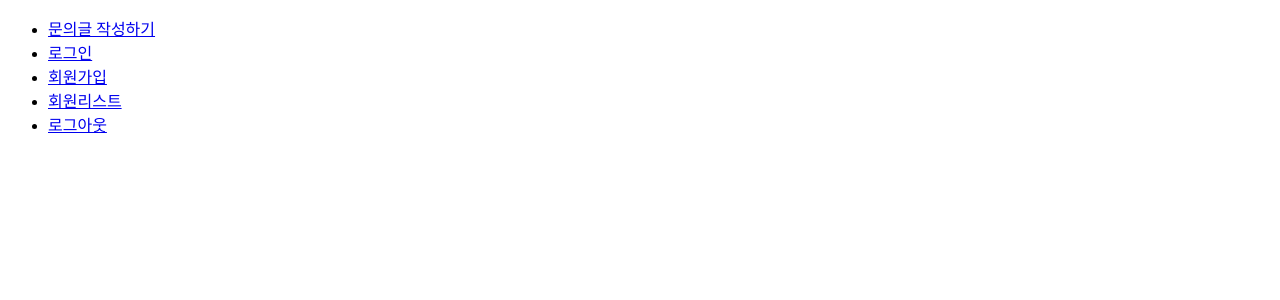
Repository: soo74/bitcamp2019_hs
Page: http://localhost/client_riding/questionboard.jsp
These files come from the project's save history. The page is drawn as it stood at one moment and after the next save; the edit follows.
The browser window is 1280 px wide. The pictures show the whole page.
The page is served by Tomcat 9.

Above is the page before, as saved 2019-09-05 10:23:03.

### client_riding/WebContent/questionboard.jsp
<%@ page language="java" contentType="text/html; charset=UTF-8"
    pageEncoding="UTF-8"%>
<!DOCTYPE html>
<html>
<head>
<meta charset="UTF-8">
<title>문의게시판</title>
</head>
<body>

	  <ul>
		<li><a href="main.html">문의글 작성하기</a></li>
		<li><a href="login.html">로그인 </a></li>
		<li><a href="regist1.html">회원가입</a></li>
		<li><a href="memberlist.html">회원리스트</a></li>
		<li><a href="logout.html">로그아웃</a></li>
	   </ul>




</body>
</html>

After the next save:
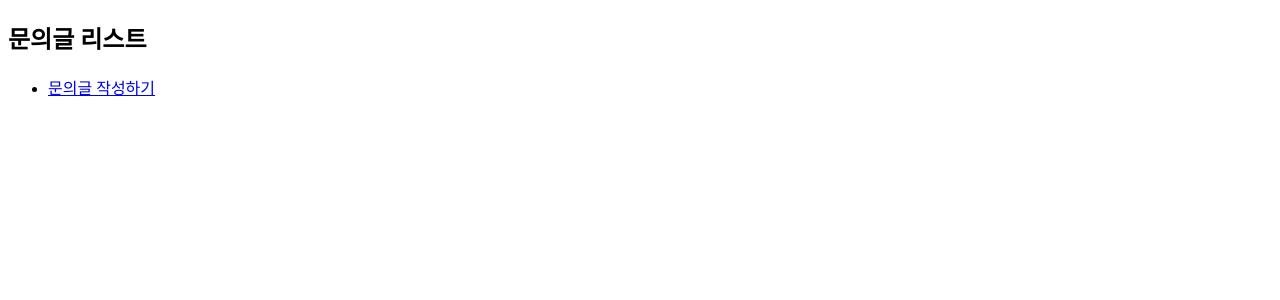
Saved 14 h 51 min later.
--- a/client_riding/WebContent/questionboard.jsp
+++ b/client_riding/WebContent/questionboard.jsp
@@ -8,13 +8,35 @@
 </head>
 <body>
 
+	<h2>문의글 리스트</h2>
+	 <div id="boardlist"></div>
+
+
+
 	  <ul>
 		<li><a href="main.html">문의글 작성하기</a></li>
-		<li><a href="login.html">로그인 </a></li>
-		<li><a href="regist1.html">회원가입</a></li>
-		<li><a href="memberlist.html">회원리스트</a></li>
-		<li><a href="logout.html">로그아웃</a></li>
 	   </ul>
+
+
+
+	<script>
+
+
+
+
+
+
+
+
+
+
+
+
+
+	</script>
+
+
+
 
 
 
